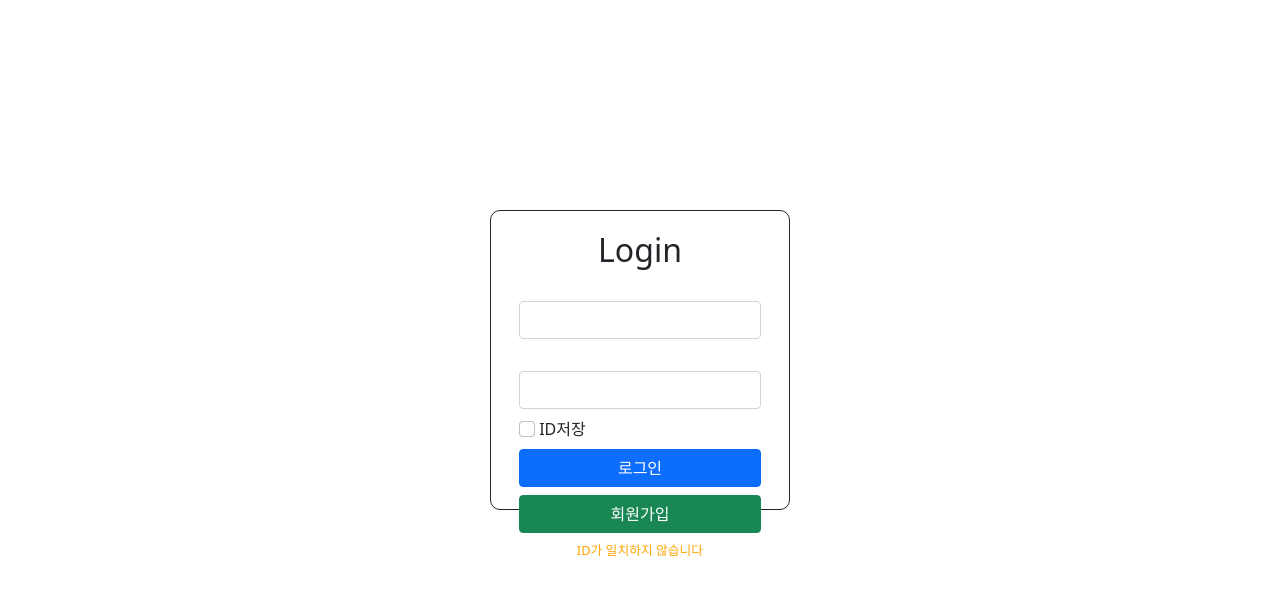
Repository: GotChun/DH_JSP
Page: http://localhost/01_JSP/C07/03/loginProc.jsp
An editor plug-in stored every save of this project. The page is shown before and after the next save, followed by the edit.
The browser window is 1280 px wide. The pictures show the whole page.
The page is served by Tomcat 9.

Above is the page before, as saved 2024-10-23 05:55:22.

After the next save:
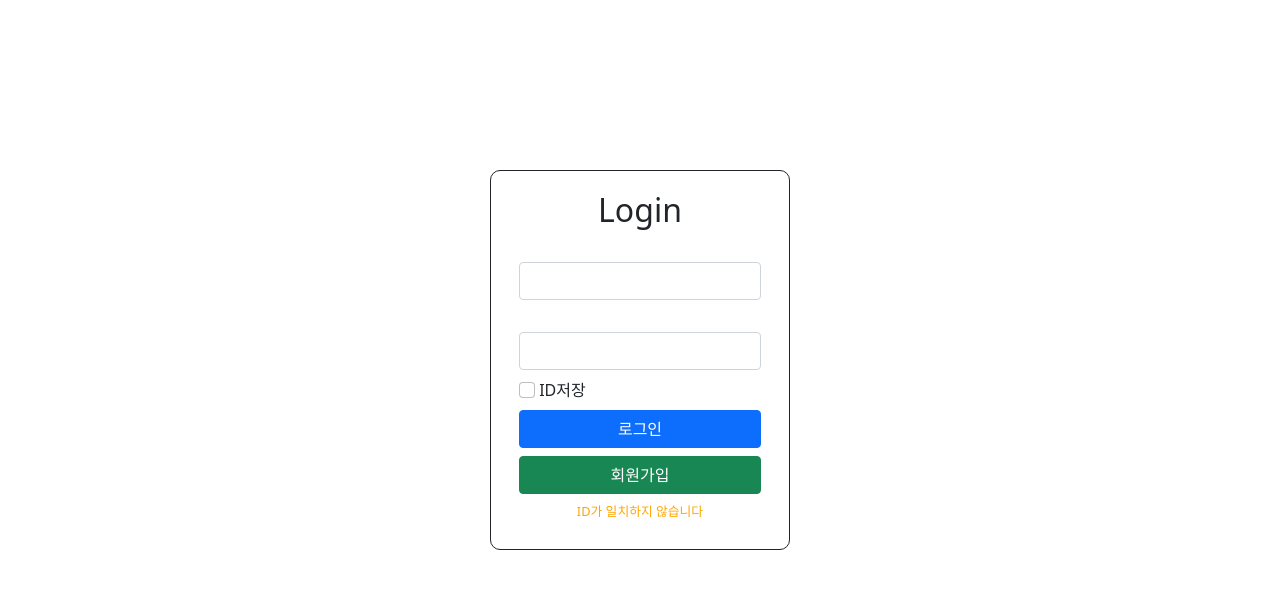
Saved 91 s later.
--- a/01_JSP/src/main/webapp/C07/03/login.jsp
+++ b/01_JSP/src/main/webapp/C07/03/login.jsp
@@ -24,7 +24,7 @@
 		<main
 			style="width: 100%; height: 100vh; display: flex; justify-content: center; align-items: center;">
 			<form action="./loginProc.jsp" method="post"
-				style="width: 300px; height: 300px; padding: 20px; border: 1px solid; border-radius: 10px;">
+				style="width: 300px; padding: 20px; border: 1px solid; border-radius: 10px;">
 				<div>
 					<h2 style="text-align: center;">Login</h2>
 				</div>
